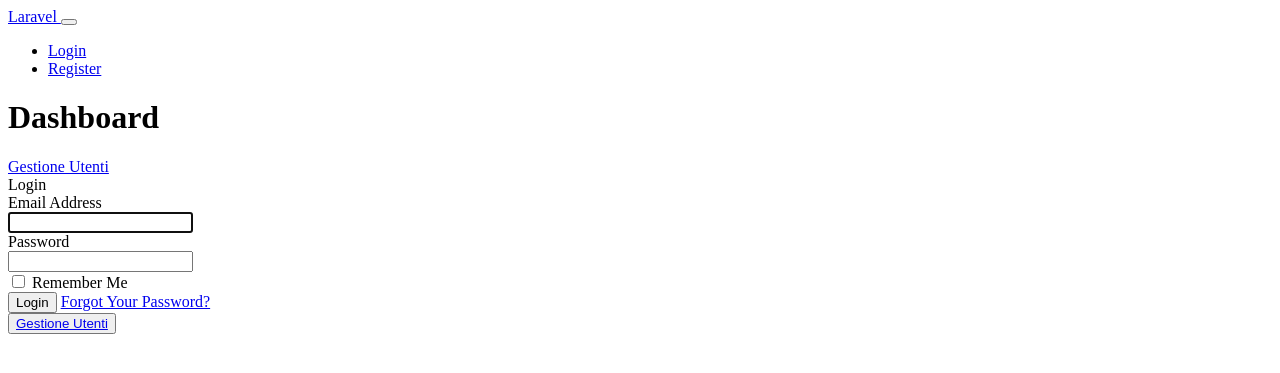
Repository: matteomorreale/wp-laravel
Page: http://localhost/login
The author's editor kept a copy of each file at every save. The page is drawn from the files as they stood at one save, then again after a run of saves.
The browser window is 1280 px wide. The pictures show the whole page.
The page is served by the project's Laravel application, run on PHP 8.4 with Laravel 12. Style sheets and scripts are compiled from the project's sources, by tool versions that may differ from the author's.

Above is the page before, as saved 2024-10-19 17:12:09.

After the next 2 saves:
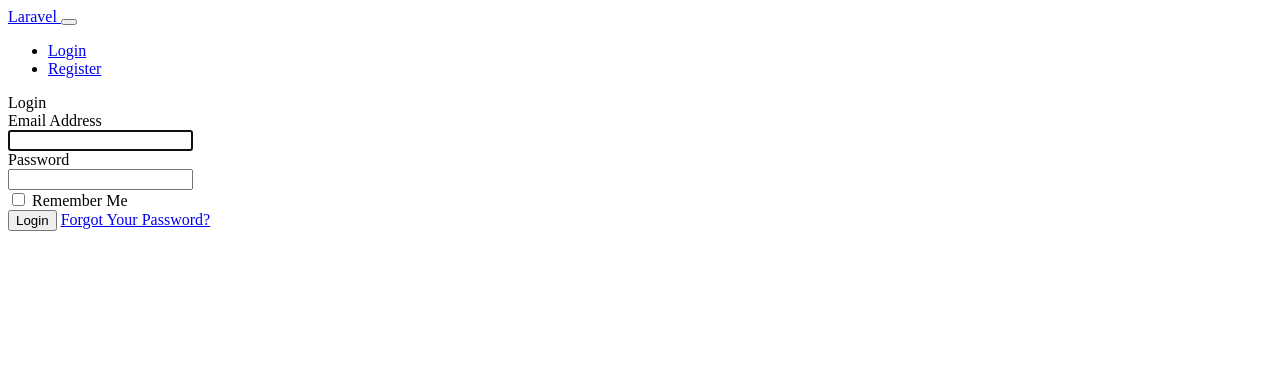
The 2 saves are shown as one change because they came seconds apart.
The last was saved 2 min 16 s later.
--- a/resources/views/layouts/app.blade.php
+++ b/resources/views/layouts/app.blade.php
@@ -74,12 +74,7 @@
 
         <main class="py-4">
             <div class="container">
-                <h1>Dashboard</h1>
-                <a href="{{ route('users.index') }}" class="btn btn-primary">Gestione Utenti</a>
                 @yield('content')
-                <section>
-                    <button><a class="nav-link" href="{{ route('users.index') }}">Gestione Utenti</a></button>
-                </section>
             </div>
         </main>
     </div>
